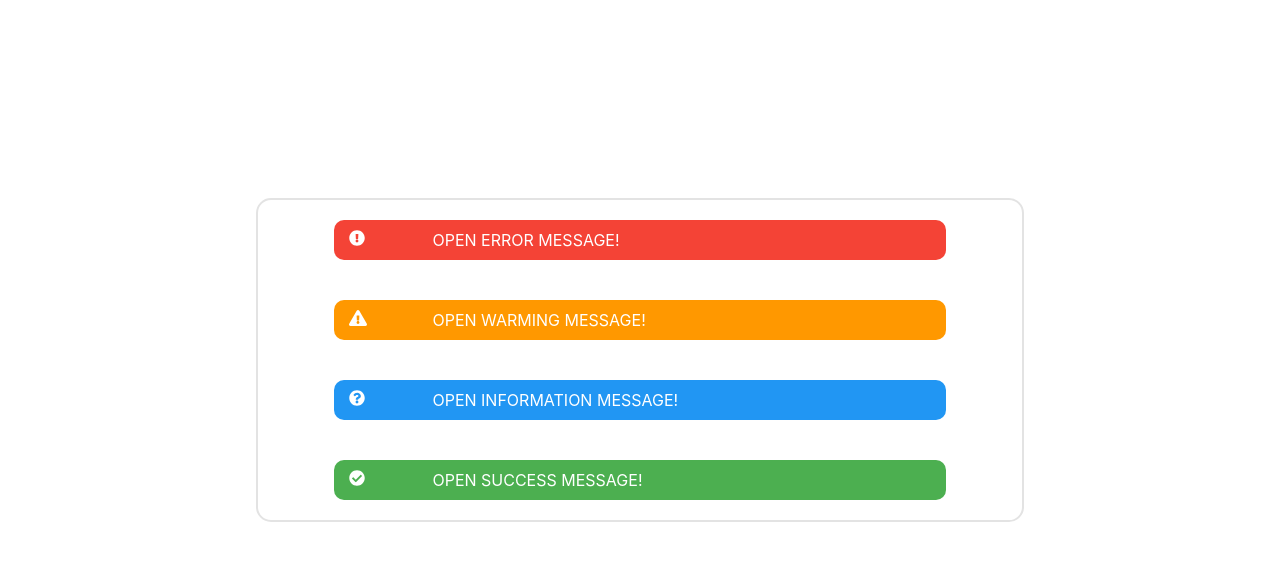
Repository: KrzysKolo/sr_tydzien5_zad2
Page: /
An editor plug-in stored every save of this project. The page is shown before and after the next save, followed by the edit.
The browser window is 1280 px wide. The pictures show the whole page.
The project was rebuilt for these pictures with package versions that can differ from the ones it lists, and the page was loaded fresh each time.

Above is the page before, as saved 2020-12-21 18:19:28.

After the next save:
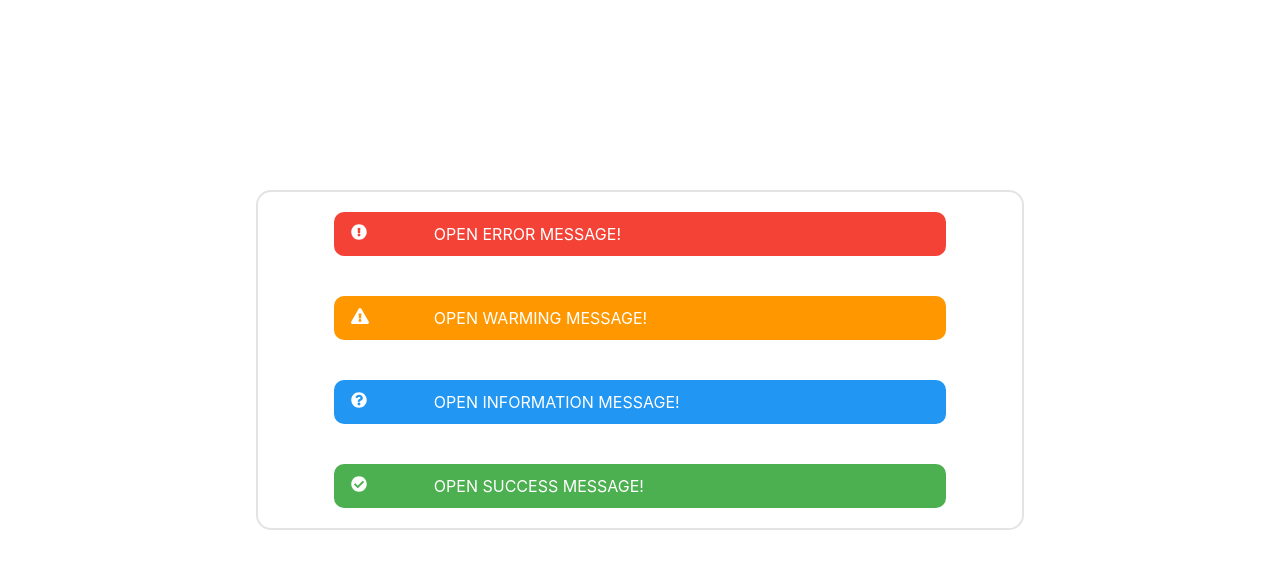
Saved 2 min 23 s later.
--- a/src/components/Button.js
+++ b/src/components/Button.js
@@ -6,9 +6,10 @@ import { faEarlybirds } from '@fortawesome/free-brands-svg-icons';
 const Button = ({ data} ) => {
     const [isHovered, setIsHovered] = useState(false);
     const unhoveredStyle = {
+        border: `2px solid ${data.color}`,
         background: data.color,
         color: "#fff",
-        transition: `all .3s ease`,
+
       };
 
       const hoveredStyle = {
